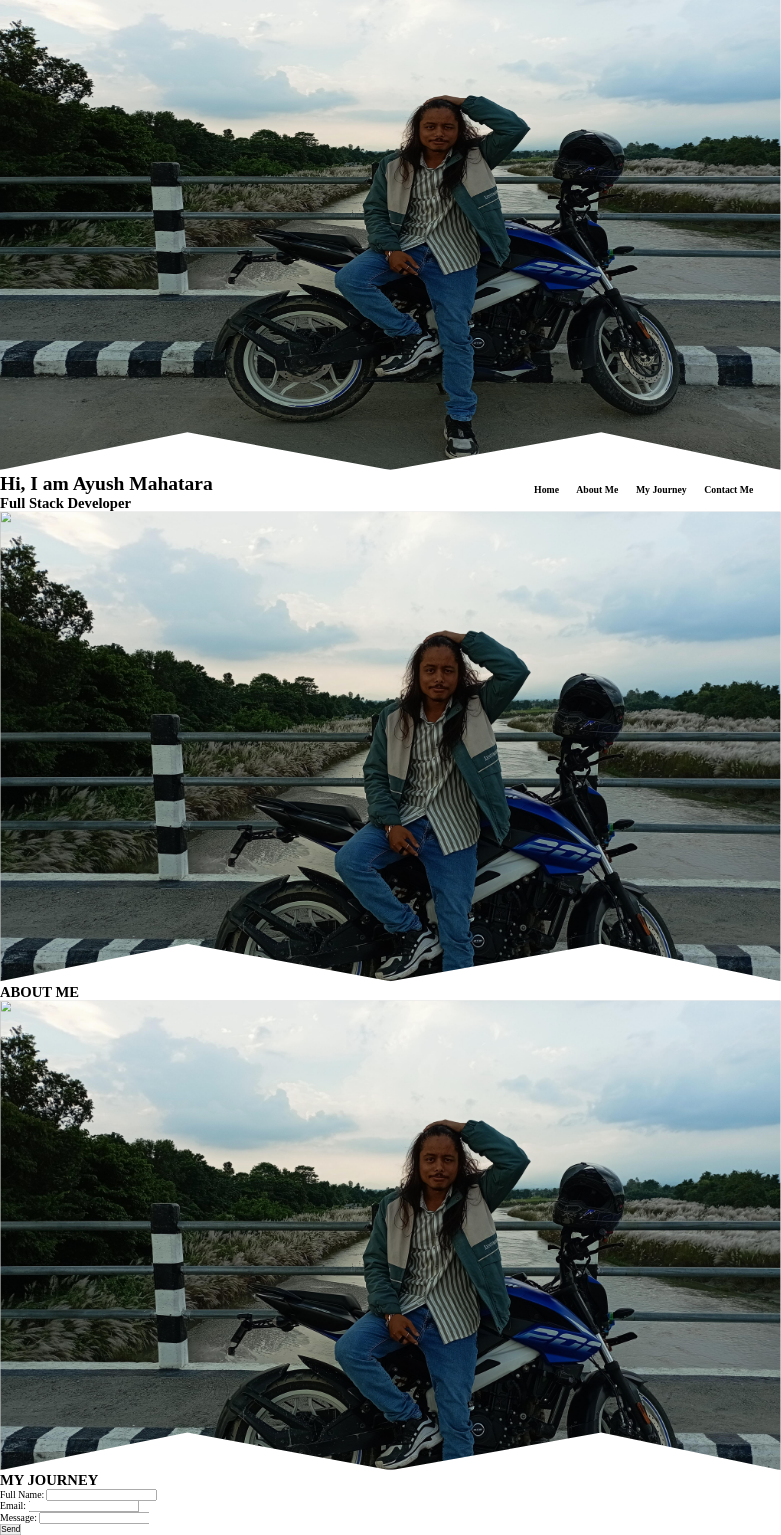
Repository: AyushMahatara/personal-website
Page: New folder/index.html
An editor plug-in stored every save of this project. The page is shown before and after the next save, followed by the edit.
The browser window is 1280 px wide. The pictures show the whole page, at 61% of full size.
Backgrounds fixed to the window are drawn as part of the page.

Above is the page before, as saved 2023-07-20 16:40:56.

After the next save:
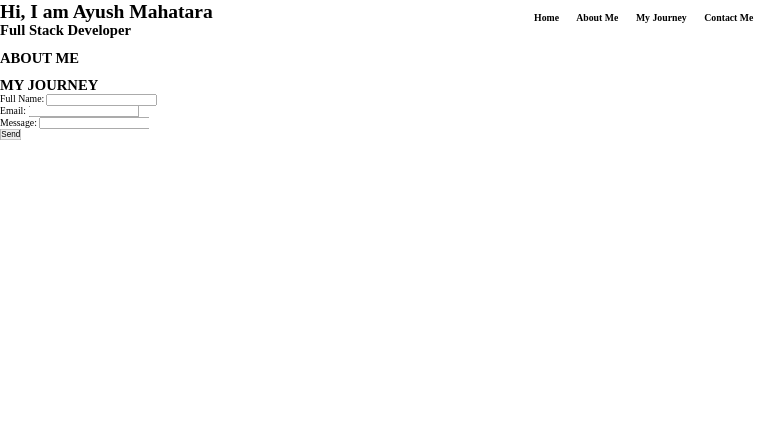
Saved 37 s later.
--- a/New folder/index.html
+++ b/New folder/index.html
@@ -7,34 +7,10 @@
     <title>GA</title>
   </head>
 
-  <style>
-    img {
-      background-image: url("/background.jpg");
-      background-size: cover;
-      background-position: top;
-      background-repeat: no-repeat;
-      background-attachment: fixed;
-      width: 100%;
-      height: 107vh;
-      position: relative;
-      clip-path: polygon(
-        0 0,
-        0 100%,
-        24% 92%,
-        50% 100%,
-        77% 92%,
-        100% 100%,
-        100% 0
-      );
-      overflow: hidden;
-    }
-  </style>
+  <style></style>
   <body>
     <header>
       <div class="first">
-        <div>
-          <img src="/background.jpg" alt="" />
-        </div>
         <div>
           <nav>
             <a href="#">Home</a>
